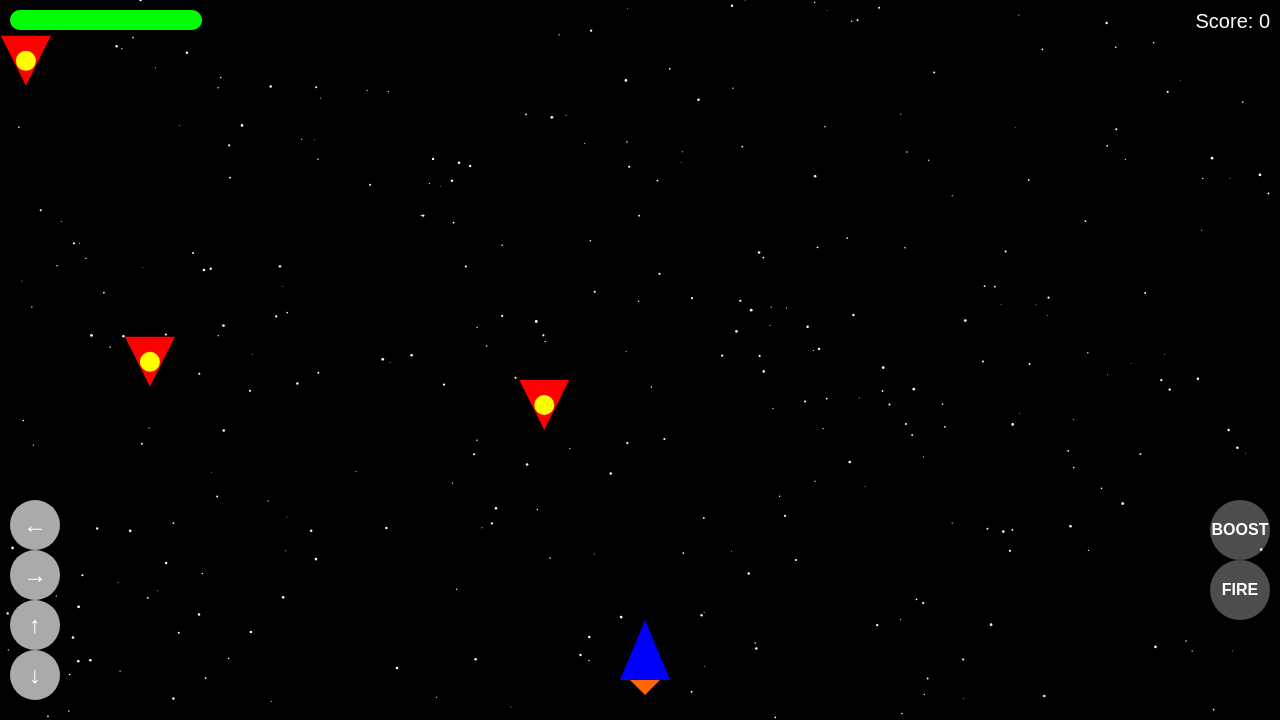
Repository: BiranOrundas/space-shooter
Page: space-shooter.html
The author's editor kept a copy of each file at every save. The page is drawn from the files as they stood at one save, then again after the next save.
The browser window is 1280 px wide. The pictures show the whole page.

Above is the page before, as saved 2025-03-13 15:58:00.

### space-shooter.html
<!DOCTYPE html>
<html lang="en">
<head>
  <meta charset="UTF-8">
  <meta name="viewport" content="width=device-width, initial-scale=1.0">
  <title>Space Shooter</title>
  <style>
    body {
      margin: 0;
      overflow: hidden;
      touch-action: none;
      font-family: Arial, sans-serif;
      background-color: #000;
      display: flex;
      justify-content: center;
      align-items: center;
      height: 100vh;
    }

    #game-container {
      position: relative;
      width: 100vw;
      height: 100vh;
      background-color: #000;
      overflow: hidden;
      touch-action: none;
    }

    #game-canvas {
      width: 100%;
      height: 100%;
    }

    #controls {
      position: absolute;
      bottom: 20px;
      left: 0;
      width: 100%;
      display: flex;
      justify-content: space-between;
      z-index: 10;
    }

    .direction-btn {
      width: 50px;
      height: 50px;
      background-color: rgba(255, 255, 255, 0.3);
      border-radius: 50%;
      display: flex;
      justify-content: center;
      align-items: center;
      color: white;
      font-weight: bold;
      font-size: 24px;
      user-select: none;
      margin: 0 10px;
    }
    .direction-btnpress {
      width: 50px;
      height: 50px;
      background-color: rgba(24, 124, 4, 0.3);
      border-radius: 50%;
      display: flex;
      justify-content: center;
      align-items: center;
      color: white;
      font-weight: bold;
      font-size: 24px;
      user-select: none;
      margin: 0 10px;
    }

    .action-btn {
      width: 60px;
      height: 60px;
      background-color: rgba(255, 255, 255, 0.3);
      border-radius: 50%;
      display: flex;
      justify-content: center;
      align-items: center;
      color: white;
      font-weight: bold;
      font-size: 16px;
      user-select: none;
      margin: 0 10px;
    }

    #life-bar-container {
      position: absolute;
      top: 10px;
      left: 10px;
      width: 15%;
      height: 20px;
      background-color: rgba(255, 255, 255, 0.3);
      border-radius: 10px;
    }

    #life-bar {
      height: 100%;
      width: 100%;
      background-color: #0f0;
      border-radius: 10px;
      transition: width 0.5s;
    }

    #score {
      position: absolute;
      top: 10px;
      right: 10px;
      color: white;
      font-size: 20px;
    }

    #game-over {
      position: absolute;
      top: 0;
      left: 0;
      width: 100%;
      height: 100%;
      background-color: rgba(0, 0, 0, 0.8);
      display: none;
      flex-direction: column;
      justify-content: center;
      align-items: center;
      color: white;
      font-size: 30px;
      z-index: 20;
    }

    #restart-btn {
      margin-top: 20px;
      padding: 10px 20px;
      background-color: #0f0;
      color: black;
      border: none;
      border-radius: 5px;
      font-size: 18px;
      cursor: pointer;
    }

    .star {
      position: absolute;
      background-color: white;
      border-radius: 50%;
    }
  </style>
</head>
<body>
  <div id="game-container">
    <div id="life-bar-container">
      <div id="life-bar"></div>
    </div>
    <div id="score">Score: 0</div>
    <canvas id="game-canvas"></canvas>

    <div id="controls">
      <div id="movement-controls">
        <div name="leftButton" class="direction-btn" id="left-btn">←</div>
        <div name="rightButton" class="direction-btn" id="right-btn">→</div>
        <div name="upButton" class="direction-btn" id="up-btn">↑</div>
        <div name="downButton" class="direction-btn" id="down-btn">↓</div>
      </div>
      <div id="action-controls">
        <div class="action-btn" id="boost-btn">BOOST</div>
        <div class="action-btn" id="shoot-btn">FIRE</div>
      </div>
    </div>

    <div id="game-over">
      <div>GAME OVER</div>
      <div id="final-score">Score: 0</div>
      <button id="restart-btn">Restart</button>
    </div>
  </div>

  <script>
    // Game setup
    const canvas = document.getElementById('game-canvas');
    const ctx = canvas.getContext('2d');

    // Set canvas dimensions to match container
    const container = document.getElementById('game-container');
    canvas.width = container.clientWidth;
    canvas.height = container.clientHeight;

    // Game variables
    let score = 0;
    let gameOver = false;
    let animationId;

    // Player variables
    const player = {
      x: canvas.width / 2 - 20,
      y: canvas.height - 100,
      width: 50,
      height: 60,
      speed: 5,
      boostedSpeed: 10,
      isBoosting: false,
      life: 100,
      color: '#00f',
      cooldown: 0,
      lastShot: 0
    };


    // Game elements arrays
    const bullets = [];
    const enemies = [];
    const stars = [];

    // Control variables
    let leftPressed = false;
    let rightPressed = false;
    let upPressed = false;
    let downPressed = false;
    let shootPressed = false;
    let boostPressed = false;

    // Generate stars for background
    function createStars() {
      const starCount = 300;
      for (let i = 0; i < starCount; i++) {
        stars.push({
          x: Math.random() * canvas.width,
          y: Math.random() * canvas.height,
          size: Math.random() * 1 + 0.4,
          speed: Math.random() * 1 + 1.9,

        });
      }
    }

    // Draw player's spaceship
    function drawPlayer() {
      // Draw player ship
      ctx.fillStyle = player.color;

      // Ship body
      ctx.beginPath();
      ctx.moveTo(player.x + player.width / 2, player.y);
      ctx.lineTo(player.x + player.width, player.y + player.height);
      ctx.lineTo(player.x, player.y + player.height);
      ctx.closePath();
      ctx.fill();

      // Engine flames
      if (player.isBoosting) {
        ctx.fillStyle = '#ff0';
      } else {
        ctx.fillStyle = '#f60';
      }

      const flameHeight = player.isBoosting ? 30 : 15;
      ctx.beginPath();
      ctx.moveTo(player.x + 10, player.y + player.height);
      ctx.lineTo(player.x + player.width / 2, player.y + player.height + flameHeight);
      ctx.lineTo(player.x + player.width - 10, player.y + player.height);
      ctx.closePath();
      ctx.fill();
    }

    // Create a bullet
    function shootBullet() {
      const now = Date.now();
      if (now - player.lastShot > 50 ) { // Cooldown in ms
        bullets.push({
          x: player.x + player.width / 2 - 3,
          y: player.y,
          width: 2,
          height: 10,
          speed: 20,
          color: '#f00'
        });
        player.lastShot = now;
      }
    }

    // Draw bullets
    function drawBullets() {
      bullets.forEach(bullet => {
        ctx.fillStyle = bullet.color;
        ctx.fillRect(bullet.x, bullet.y, bullet.width, bullet.height);
      });
    }

    // Create enemy ships
// Create enemy ships
function spawnEnemy() {
  if (Math.random() < 0.02 && !gameOver) {
    // Eğer boost aktifse, düşmanların hızını artır
    const enemySpeed = player.isBoosting ? Math.random() * 16 + 2 : Math.random() * 2 + 1;

    enemies.push({
      x: Math.random() * (canvas.width - 50),
      y: -50,
      width: 50,
      height: 50,
      speed: enemySpeed  // Boost durumuna göre hız
    });
  }
}


    // Draw enemy ships
    function drawEnemies() {
      enemies.forEach(enemy => {
        // Enemy ship body
        ctx.fillStyle = '#f00';
        ctx.beginPath();
        ctx.moveTo(enemy.x + enemy.width / 2, enemy.y + enemy.height);
        ctx.lineTo(enemy.x + enemy.width, enemy.y);
        ctx.lineTo(enemy.x, enemy.y);
        ctx.closePath();
        ctx.fill();

        // Enemy details
        ctx.fillStyle = '#ff0';
        ctx.beginPath();
        ctx.arc(enemy.x + enemy.width / 2, enemy.y + enemy.height / 2, 10, 0, Math.PI * 2);
        ctx.fill();
      });
    }

    // Draw stars background
    function drawStars() {
      ctx.fillStyle = 'white';
      stars.forEach(star => {
        ctx.beginPath();
        ctx.arc(star.x, star.y, star.size, 0, Math.PI * 2);
        ctx.fill();
      });
    }

    // Update star positions
  // Update star positions
function updateStars() {
  stars.forEach(star => {
    // Eğer boost aktifse, yıldızın hızını artır
    const speedFactor = player.isBoosting ? 5.5 : 1;

    star.y += star.speed * speedFactor; // Yıldızın hızı boost durumuna göre değişir

    // Eğer yıldız ekranın dışına çıkarsa, konumunu sıfırlayın
    if (star.y > canvas.height) {
      star.y = 0;
      star.x = Math.random() * canvas.width;
    }
  });
}


// Update game elements
function updateGameElements() {

  if (leftPressed && player.x > 0) {
    player.x -= player.isBoosting ? player.boostedSpeed : player.speed;
    const LeftDirs = document.getElementsByName("leftButton");
LeftDirs.forEach(btn => {
    btn.style.backgroundColor = "#5CE65C";
});
  }else{
    const LeftDirs = document.getElementsByName("leftButton");
LeftDirs.forEach(btn => {
    btn.style.backgroundColor = "#AAAAAA";
})};



  if (rightPressed && player.x < canvas.width - player.width) {
    player.x += player.isBoosting ? player.boostedSpeed : player.speed;

    const rightDirs = document.getElementsByName("rightButton");
    rightDirs.forEach(btn => {
    btn.style.backgroundColor = "#5CE65C";
});
  }else{
    const rightDirs = document.getElementsByName("rightButton");
    rightDirs.forEach(btn => {
    btn.style.backgroundColor = "#AAAAAA";
})};


  if (upPressed && player.y < canvas.height - player.height) {
    player.y -= player.isBoosting ? player.boostedSpeed : player.speed;
    const upDirs = document.getElementsByName("upButton");
    upDirs.forEach(btn => {
    btn.style.backgroundColor = "#5CE65C";
});

  }else{
    const upDirs = document.getElementsByName("upButton");
    upDirs.forEach(btn => {
    btn.style.backgroundColor = "#AAAAAA";
})};






  if (downPressed && player.y < canvas.height - 20 - player.height) {
    player.y += player.isBoosting ? player.boostedSpeed : player.speed;
    const downDirs = document.getElementsByName("downButton");
    downDirs.forEach(btn => {
    btn.style.backgroundColor = "#5CE65C";
});

  }else{
    const downDirs = document.getElementsByName("downButton");
    downDirs.forEach(btn => {
    btn.style.backgroundColor = "#AAAAAA";
})};

  // Update bullets
  for (let i = 0; i < bullets.length; i++) {
    bullets[i].y -= bullets[i].speed;

    // Remove bullets that are off screen
    if (bullets[i].y < 0) {
      bullets.splice(i, 1);
      i--;
    }
  }

  // Update enemies
  for (let i = 0; i < enemies.length; i++) {
    enemies[i].y += enemies[i].speed;

    // Check for collision with player
    if (
      player.x < enemies[i].x + enemies[i].width &&
      player.x + player.width > enemies[i].x &&
      player.y < enemies[i].y + enemies[i].height &&
      player.y + player.height > enemies[i].y
    ) {
      // Player hit by enemy
      player.life -= 20;
      updateLifeBar();

      // Remove enemy
      enemies.splice(i, 1);
      i--;

      // Check game over
      if (player.life <= 0) {
        endGame();
      }

      continue;
    }

    // Check for bullets hitting enemies
    for (let j = 0; j < bullets.length; j++) {
      if (
        bullets[j].x < enemies[i].x + enemies[i].width &&
        bullets[j].x + bullets[j].width > enemies[i].x &&
        bullets[j].y < enemies[i].y + enemies[i].height &&
        bullets[j].y + bullets[j].height > enemies[i].y
      ) {
        // Enemy hit by bullet
        score += 50;
        updateScore();

      // Global variable to track if the bullet height has been changed
let bulletHeightUpdated = false;

// Inside the game loop or where you check the score
if (score >= 100 && !bulletHeightUpdated) {
    // Set the bullet height to 100
    bullets.forEach(bullet => {
        bullet.height = 100;
        bullet.color = "#00FF00"
    });

    // Mark the bullet height as updated
    bulletHeightUpdated = true;
}


        // Remove enemy and bullet
        enemies.splice(i, 1);
        bullets.splice(j, 1);
        i--;
        break;
      }
    }

    // Remove enemies that are off screen
    if (enemies[i] && enemies[i].y > canvas.height) {
      enemies.splice(i, 1);
      i--;
    }
  }
}


function Day() {
    const space = document.getElementById("game-container");

    setTimeout((randomColor) => {
        var randomColor = Math.floor(Math.random()*16777215).toString(16);
        space.style.backgroundColor = randomColor;
    },5500);
}


    // Update life bar
    function updateLifeBar() {
      const lifeBar = document.getElementById('life-bar');
      lifeBar.style.width = `${player.life}%`;

      // Change color based on life
      if (player.life > 60) {
        lifeBar.style.backgroundColor = '#0f0';
      } else if (player.life > 30) {
        lifeBar.style.backgroundColor = '#ff0';
      } else {
        lifeBar.style.backgroundColor = '#f00';
      }
    }

    // Update score display
    function updateScore() {
      document.getElementById('score').textContent = `Score: ${score}`;
    }

    // Game over
    function endGame() {
      gameOver = true;
      document.getElementById('game-over').style.display = 'flex';
      document.getElementById('final-score').textContent = `Score: ${score}`;
      cancelAnimationFrame(animationId);
    }

    // Main game loop
    function gameLoop() {
      // Clear canvas
      ctx.fillStyle = '#000';
      ctx.fillRect(0, 0, canvas.width, canvas.height);
        //Space Turning
      Day();

      // Draw stars
      drawStars();
      updateStars();

      // Spawn enemies
      spawnEnemy();


      // Update game elements
      updateGameElements();

      // Fire bullet if shoot button is pressed
      if (shootPressed) {
        shootBullet();
      }

      // Draw game elements
      drawPlayer();
      drawBullets();
      drawEnemies();

      // Continue game loop
      if (!gameOver) {
        animationId = requestAnimationFrame(gameLoop);
      }
    }

    // Event listeners for keyboard controls
    document.addEventListener('keydown', (e) => {
      if (e.key === 'ArrowLeft' || e.key === 'a') leftPressed = true;
      if (e.key === 'ArrowRight' || e.key === 'd') rightPressed = true;
      if (e.key === 'ArrowUp' || e.key === 'w') upPressed = true;
      if (e.key === 'ArrowDown' || e.key === 's') downPressed = true;
      if (e.key === ' ' || e.key === 'Enter') shootPressed = true;
      if (e.key === 'Shift') {
        boostPressed = true;
        player.isBoosting = true;
      }
    });

    document.addEventListener('keyup', (e) => {
      if (e.key === 'ArrowLeft' || e.key === 'a') leftPressed = false;
      if (e.key === 'ArrowRight' || e.key === 'd') rightPressed = false;
      if (e.key === 'ArrowUp' || e.key === 'w') upPressed = false;
      if (e.key === 'ArrowDown' || e.key === 's') downPressed = false;
      if (e.key === ' ' || e.key === 'Enter') shootPressed = false;
      if (e.key === 'Shift') {
        boostPressed = false;
        player.isBoosting = false;
      }
    });

    // Touch controls
    const leftBtn = document.getElementById('left-btn');
    const rightBtn = document.getElementById('right-btn');
    const shootBtn = document.getElementById('shoot-btn');
    const boostBtn = document.getElementById('boost-btn');

    leftBtn.addEventListener('touchstart', (e) => {
      e.preventDefault();
      leftPressed = true;
    });

    leftBtn.addEventListener('touchend', (e) => {
      e.preventDefault();
      leftPressed = false;
    });

    rightBtn.addEventListener('touchstart', (e) => {
      e.preventDefault();
      rightPressed = true;
    });

    rightBtn.addEventListener('touchend', (e) => {
      e.preventDefault();
      rightPressed = false;
    });

    shootBtn.addEventListener('touchstart', (e) => {
      e.preventDefault();
      shootPressed = true;
    });

    shootBtn.addEventListener('touchend', (e) => {
      e.preventDefault();
      shootPressed = false;
    });

    boostBtn.addEventListener('touchstart', (e) => {
      e.preventDefault();
      boostPressed = true;
      player.isBoosting = true;
    });

    boostBtn.addEventListener('touchend', (e) => {
      e.preventDefault();
      boostPressed = false;
      player.isBoosting = false;
    });

    // Mouse controls (for testing on desktop)
    leftBtn.addEventListener('mousedown', () => {
      leftPressed = true;
    });

    leftBtn.addEventListener('mouseup', () => {
      leftPressed = false;
    });

    rightBtn.addEventListener('mousedown', () => {
      rightPressed = true;
    });

    rightBtn.addEventListener('mouseup', () => {
      rightPressed = false;
    });

    shootBtn.addEventListener('mousedown', () => {
      shootPressed = true;
    });

    shootBtn.addEventListener('mouseup', () => {
      shootPressed = false;
    });

    boostBtn.addEventListener('mousedown', () => {
      boostPressed = true;
      player.isBoosting = true;
    });

    boostBtn.addEventListener('mouseup', () => {
      boostPressed = false;
      player.isBoosting = false;
    });

    // Restart game
    document.getElementById('restart-btn').addEventListener('click', () => {
      // Reset game state
      score = 0;
      gameOver = false;
      player.life = 100;
      player.x = canvas.width / 2 - 25;
      player.y = canvas.height - 100;
      player.isBoosting = false;

      // Clear arrays
      bullets.length = 0;
      enemies.length = 0;

      // Update UI
      updateScore();
      updateLifeBar();

      // Hide game over screen
      document.getElementById('game-over').style.display = 'none';

      // Start game loop
      gameLoop();
    });

    // Initialize game
    function initGame() {
      createStars();
      updateLifeBar();
      gameLoop();
    }

    // Start the game
    window.addEventListener('load', initGame);

    window.addEventListener('resize', () => {
  canvas.width = container.clientWidth;
  canvas.height = container.clientHeight;
});
  </script>
</body>
</html>

After the next save:
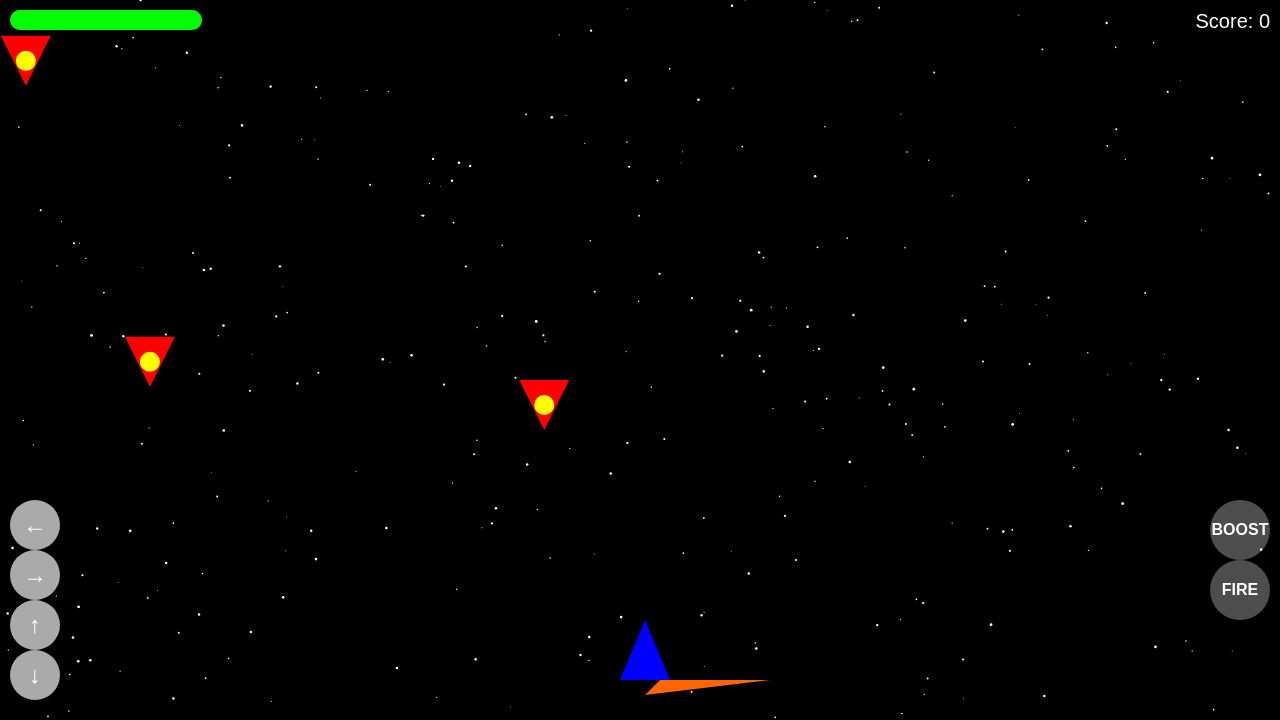
Saved 7 s later.
--- a/space-shooter.html
+++ b/space-shooter.html
@@ -253,7 +253,7 @@
 
       const flameHeight = player.isBoosting ? 30 : 15;
       ctx.beginPath();
-      ctx.moveTo(player.x + 10, player.y + player.height);
+      ctx.moveTo(player.x + 150, player.y + player.height);
       ctx.lineTo(player.x + player.width / 2, player.y + player.height + flameHeight);
       ctx.lineTo(player.x + player.width - 10, player.y + player.height);
       ctx.closePath();

After the save that followed:
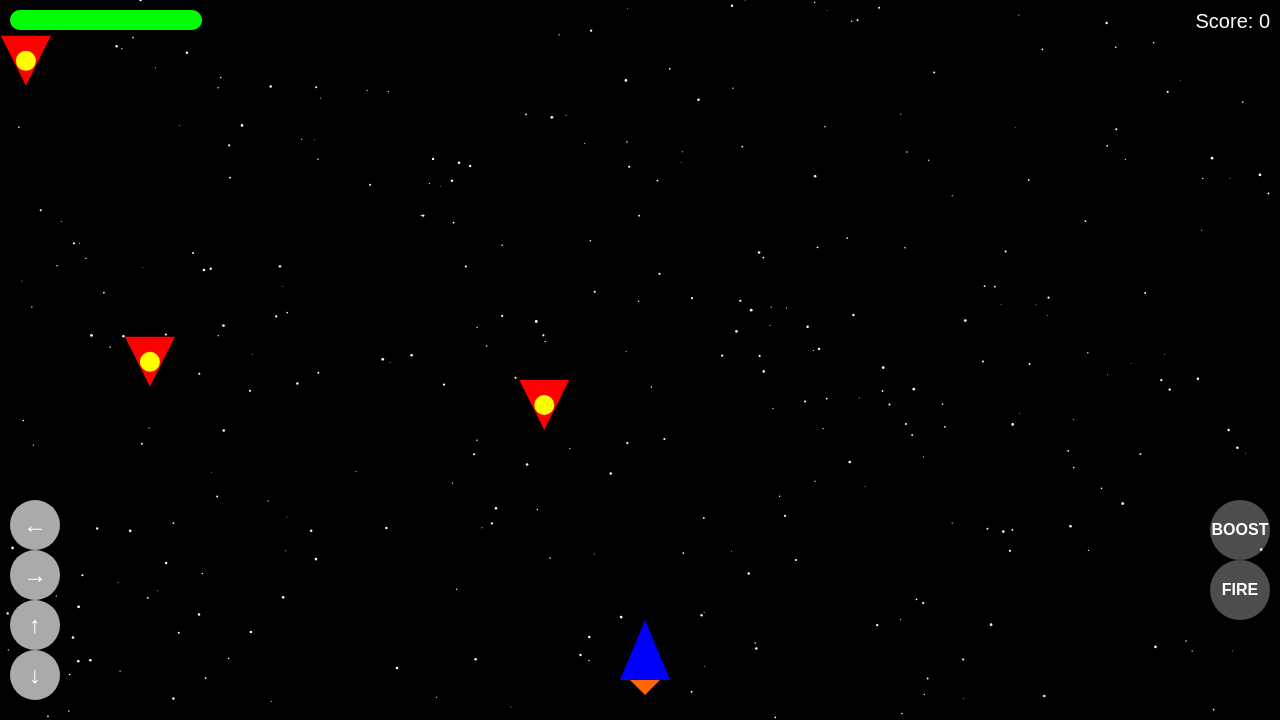
Saved 4 s later.
--- a/space-shooter.html
+++ b/space-shooter.html
@@ -253,7 +253,7 @@
 
       const flameHeight = player.isBoosting ? 30 : 15;
       ctx.beginPath();
-      ctx.moveTo(player.x + 150, player.y + player.height);
+      ctx.moveTo(player.x + 10, player.y + player.height);
       ctx.lineTo(player.x + player.width / 2, player.y + player.height + flameHeight);
       ctx.lineTo(player.x + player.width - 10, player.y + player.height);
       ctx.closePath();
